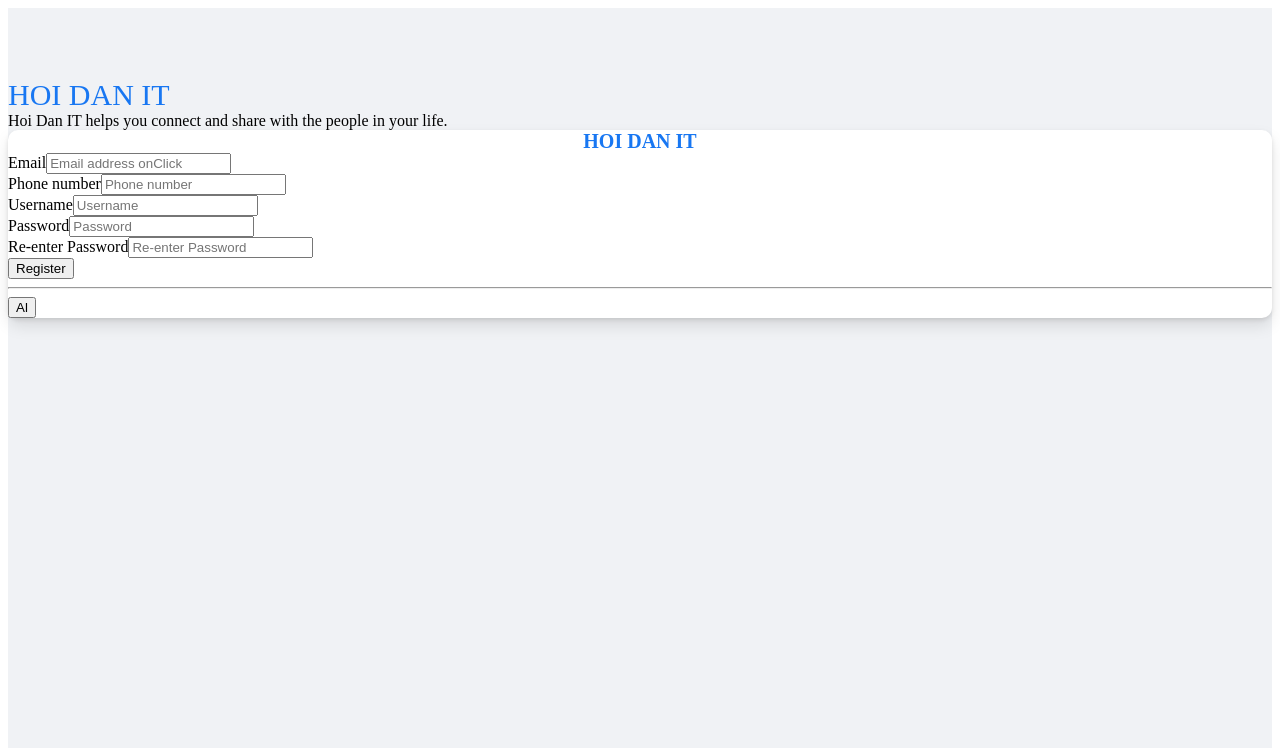
Repository: minhtien9/jwt_Reactjs_Frontend
Page: /register
An editor plug-in stored every save of this project. The page is shown before and after the next save, followed by the edit.
The browser window is 1280 px wide. The pictures show the whole page.
The project was rebuilt for these pictures with package versions that can differ from the ones it lists, and the page was loaded fresh each time. Also part of the build but not shown: src/App.scss, src/components/Navigation/Nav.scss, src/components/Navigation/Nav.js, src/components/Login/Login.scss, src/components/Login/Login.js.

Above is the page before, as saved 2022-05-23 11:33:39.

After the next save:
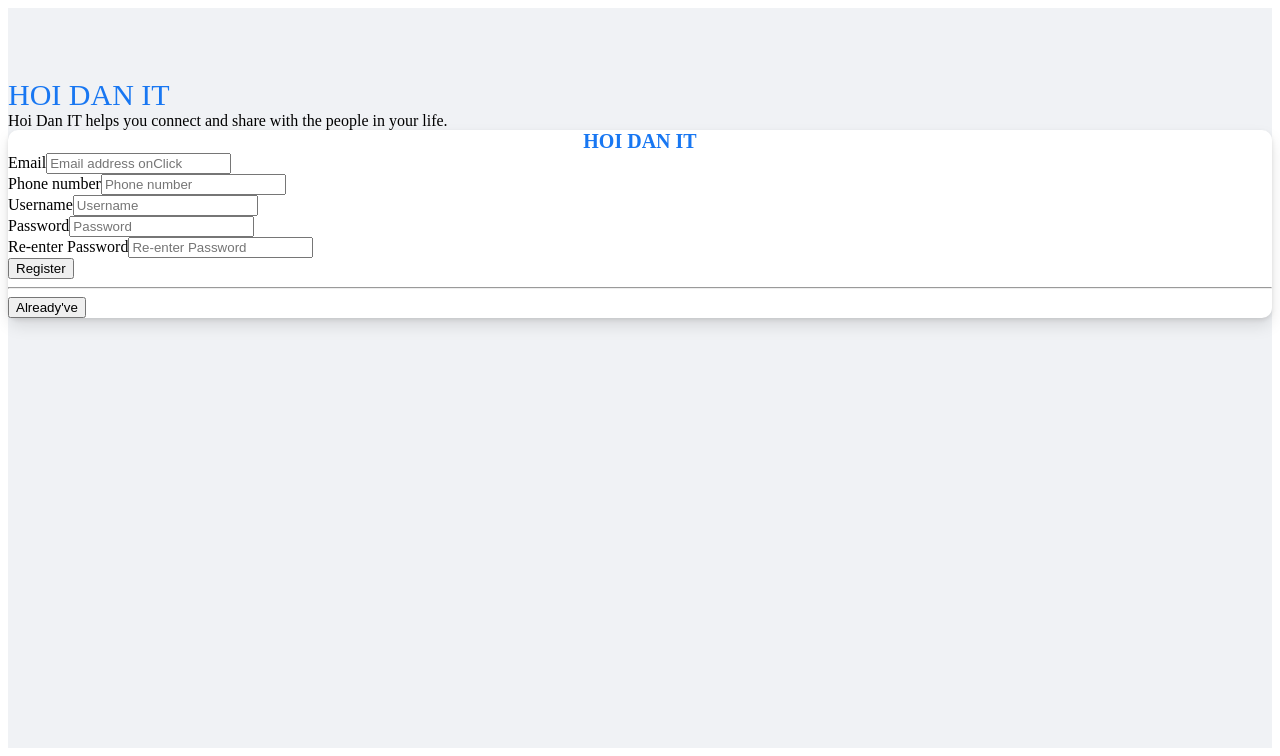
Saved 5 s later.
--- a/src/components/Register/Register.js
+++ b/src/components/Register/Register.js
@@ -72,7 +72,7 @@ const Register = (props) => {
                                 className='btn btn-success'
                                 onClick={() => handleRegister()}
                             >
-                                Al
+                                Already've
                             </button>
                         </div>
                     </div>
